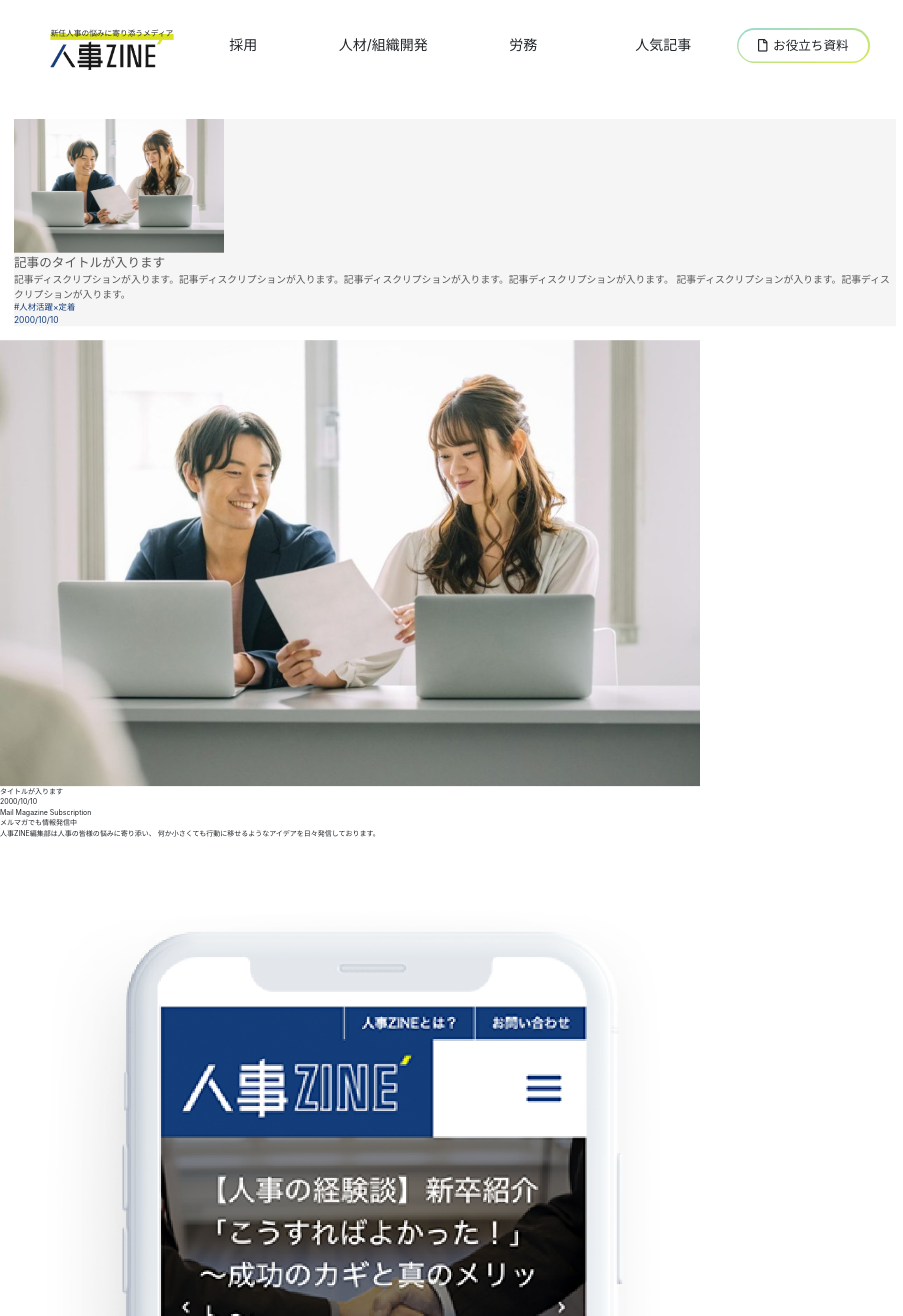
Repository: daisukey623/WpPractice
Page: http://localhost/index.html
The author's editor kept a copy of each file at every save. The page is drawn from the files as they stood at one save, then again after the next save.
The browser window is 1280 px wide. The page is 1290 px wide, so the pictures cover 1290 px, including what lies to the right of the window. The pictures show the part of the page from y = 0 to 1880 px (the page is 2744 px tall before and 2732 px after), at 70% of full size.
Some web libraries are served in a nearby version. The page is run by PHP 8.4 with error messages shown; the project is at /var/www/html/. Style sheets and scripts are compiled from the project's sources, by tool versions that may differ from the author's.

Above is the page before, as saved 2021-09-25 14:45:13.

### index.html
<!DOCTYPE html>
<html lang="en">
  <head>
    <meta charset="UTF-8" />
    <meta http-equiv="X-UA-Compatible" content="IE=edge" />
    <meta name="viewport" content="width=device-width, initial-scale=1.0" />
    <link rel="stylesheet" href="/scss/this-thema.css" />
    <link
      href="https://use.fontawesome.com/releases/v5.6.1/css/all.css"
      rel="stylesheet"
    />
    <title>Document</title>
  </head>
  <body>
    <section class="container">
      <header>
        <div class="header container">
          <div class="logo">
            <p class="logo-desc">新任人事の悩みに寄り添うメディア</p>
            <img src="/img/logo_black.png" alt="ロゴ" />
          </div>
          <nav class="nav">
            <ul class="nav-items">
              <li><a href="">採用</a></li>
              <li><a href="">人材/組織開発</a></li>
              <li><a href="">労務</a></li>
              <li><a href="">人気記事</a></li>
              <li>
                <button>
                  <span
                  ><a href=""><i class="far fa-file icon"></i>お役立ち資料</a>
                </span>
              </button>
            </li>
          </ul>
        </nav>
      </div>
    </header>
  </section>
    <main>
      <article class="article container">
        <div class="card-items">
          <div class="card-item">
            <div class="card-item-imgwrap">
              <img src="/img/eyecatch.jpg" alt="アイキャッチ" class="card-item-imgwrap-img"/>
            </div>
            <div class="card-item-txtwrap">

              <h2 class="card-item-h2">記事のタイトルが入ります</h2>
              <p class="card-item-desc">
                記事ディスクリプションが入ります。記事ディスクリプションが入ります。記事ディスクリプションが入ります。記事ディスクリプションが入ります。
                記事ディスクリプションが入ります。記事ディスクリプションが入ります。
              </p>
              <p class="card-item-tag">#人材活躍×定着</p>
              <p class="card-item-date">2000/10/10</p>
            </div>
          </div>
        </div>
      </article>
    </main>
    <aside>
      <article>
        <div>
          <img src="/img/eyecatch.jpg" alt="" />
          <h2>タイトルが入ります</h2>
          <p>2000/10/10</p>
        </div>
      </article>
    </aside>
    <footer>
      <div>
        <h2>Mail Magazine Subscription</h2>
        <p>メルマガでも情報発信中</p>
        <p>
          人事ZINE編集部は人事の皆様の悩みに寄り添い、
          何か小さくても行動に移せるようなアイデアを日々発信しております。
        </p>
      </div>
      <div>
        <img src="/img/footer_mail_mobile.png" alt="メルマガ" />
        <p>人事ZINE メルマガでは、こんな情報をお届けいたします。</p>
        <ul>
          <li>人事業務の基本知識が学べる記事</li>
          <li>今の時期に必要な人事業務が学べる記事</li>
          <li>人事セミナーのご案内</li>
          <li>その他 採用のお役立ち情報のご案内など</li>
        </ul>
        <p>ぜひご登録ください。</p>
        <button>登録はこちら</button>
      </div>
      <div>
        <img src="" alt="" />
        <img src="" alt="" />
        <img src="" alt="" />
        <ul>
          <li><a href="">人事ZINEとは</a></li>
          <li><a href="">プライバシーポリシー</a></li>
          <li><a href="">運営会社</a></li>
          <li><a href="">お問い合わせ</a></li>
        </ul>
        <p>コピーライト</p>
      </div>
    </footer>
  </body>
</html>

### scss/this-thema.scss
@import  "_variables.scss";
@import  "_global.scss";
@import  "_reset.scss";
@import  "_header.scss";
@import  "_archive.scss";

### scss/_variables.scss
// theme-color
$blue: #133D7A !default;
$yellow: #DBE222 !default;

// gradation-color
$gradatiomn-start:#9bd9d8;
$gradation-end:#d8eb4a;

### scss/_global.scss
html {
  font-family: sans-serif;
  line-height: 1.15;
  -webkit-text-size-adjust: 100%;
  -webkit-tap-highlight-color: rgba(0, 0, 0, 0);
  font-size: 10px;
  margin: 0;
  padding: 0;
}

body {
  margin: 0;
  padding: 0;
  font-family: -apple-system, BlinkMacSystemFont, 'Segoe UI', Roboto,
    'Helvetica Neue', Arial, 'Noto Sans', sans-serif, 'Apple Color Emoji',
    'Segoe UI Emoji', 'Segoe UI Symbol', 'Noto Color Emoji';
  font-size: 1rem;
  font-weight: 400;
  line-height: 1.5;
  color: #212529;
  text-align: left;
  background-color: #fff;
}

.container {
  display: flex;
  justify-content: center;
  // align-items: center;
  width: 100%;
  padding:1.0rem ;
  margin: 1.0rem;
}

### scss/_header.scss
.header {
  // display: flex;
  // justify-content: center;
  // align-items: center;
  height: 100px;
}

.logo {
  &-desc {
    background: linear-gradient(transparent 50%, $yellow 50%);
    font-size: 1.1rem;
  }
  img {
    width: 160px;
  }
}

.nav {
  &-items {
    overflow: hidden;
    display: flex;
    justify-content: center;
    align-items: center;
    li {
      width: 200px;
      text-align: center;
      float: left;
      font-size: 2rem;
      button {
        background-image: linear-gradient(to right bottom, #9bd9d8, #d8eb4a);
        border-image-slice: 1;
        border-radius: 2.5rem;
        font-size: 1.8rem;
        width: 190px;
        height: 50px;

      }
      span {
        display:inline-block;
        width: 185px;
        height: 45px;
        padding: 0.8rem;
        border-radius: 25px;
        background-color: white;

        &:hover {
          background-image: linear-gradient(
            to right bottom,
            $gradatiomn-start,
            $gradation-end
          );
        }
        .icon{
          margin-right: 0.8rem;
        }
      }
    }
  }
}

### scss/_archive.scss
.article {
  width: 100%;
}

.carrd-items {
}

.card-item {

  background-color: #F5F5F5;
  &-imgwrap {

    &-img {
      width: 300px;
      height: auto;
      object-fit: cover;
    }
  }
  &
    &-h2 {
      font-size: 1.8rem;
      color:#555;
    }
    &-desc {
      font-size: 1.4rem;
      color: #585858;
    }
    &-tag {
      font-size: 1.2rem;
      color: #143D7A;
    }
    &-date {
      font-size: 1.2rem;
      color: #143D7A;

    }
}

Loaded but not shown: scss/_reset.scss (common file)

After the next save:
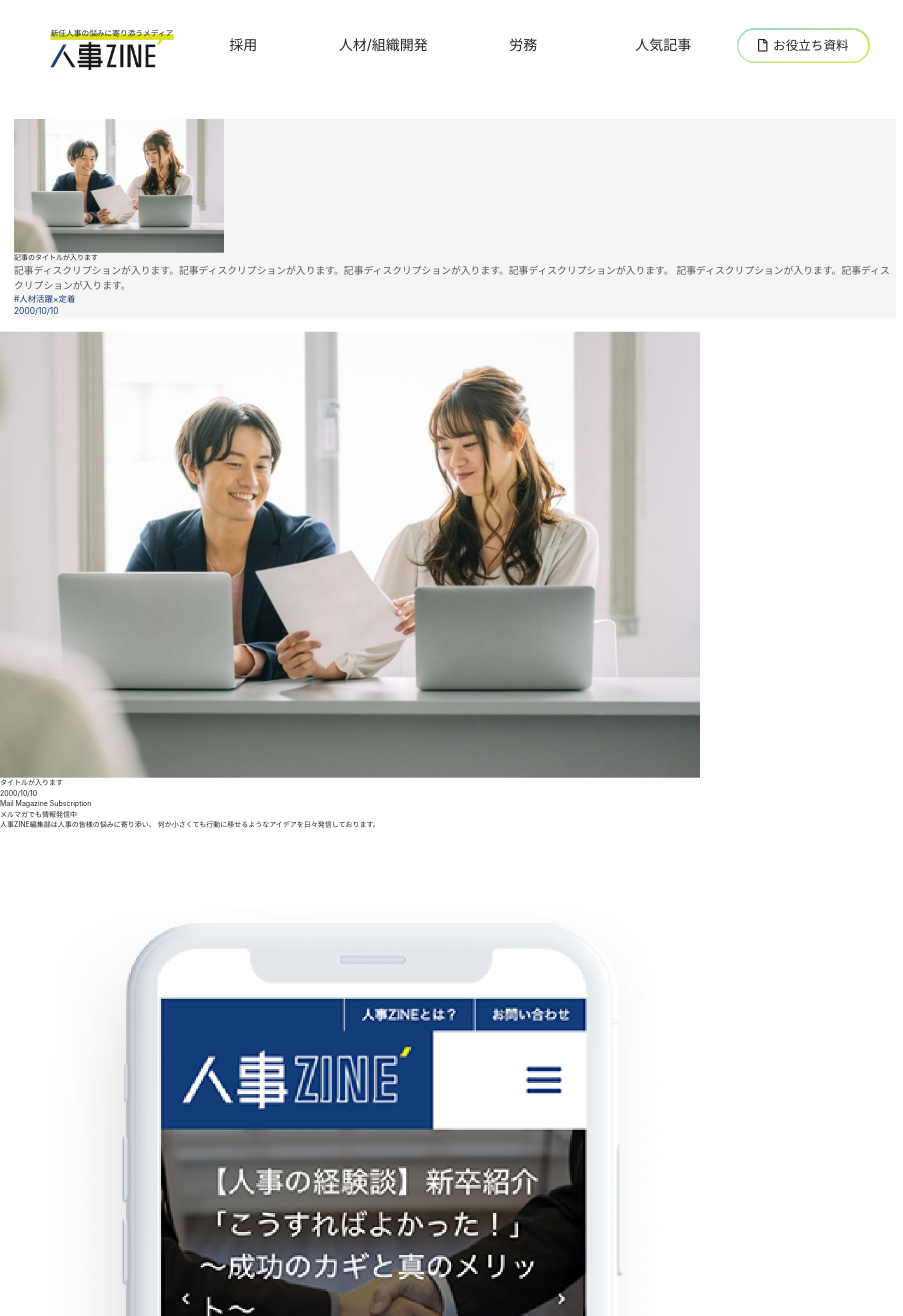
Saved 4 s later.
--- a/scss/_archive.scss
+++ b/scss/_archive.scss
@@ -16,7 +16,7 @@
       object-fit: cover;
     }
   }
-  &
+  &-txt
     &-h2 {
       font-size: 1.8rem;
       color:#555;

After the 2 saves that followed:
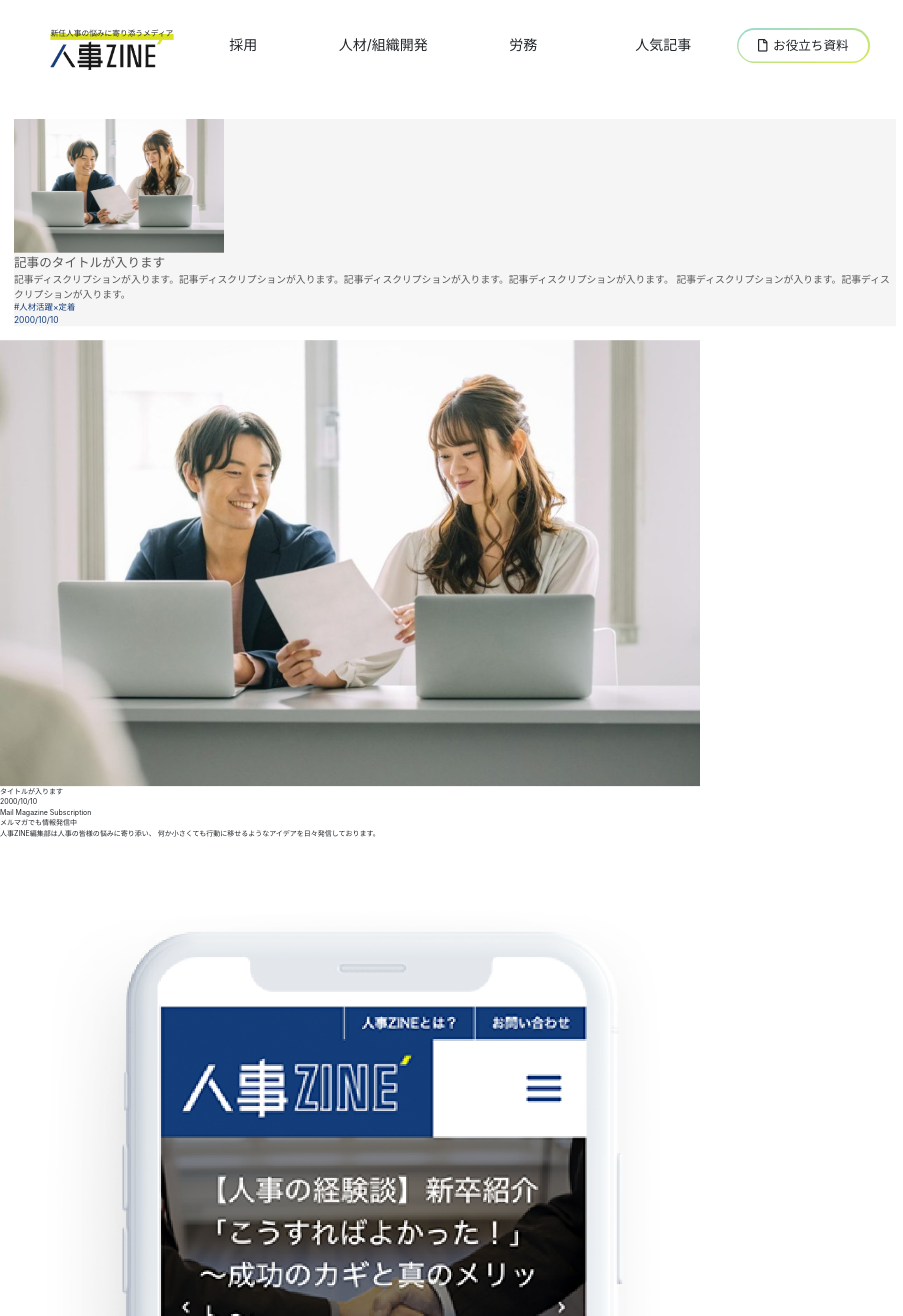
The 2 saves are shown as one change because they came seconds apart.
The last was saved 8 s later.
--- a/scss/_archive.scss
+++ b/scss/_archive.scss
@@ -16,7 +16,9 @@
       object-fit: cover;
     }
   }
-  &-txt
+  &-txtwrap{
+
+  }
     &-h2 {
       font-size: 1.8rem;
       color:#555;
